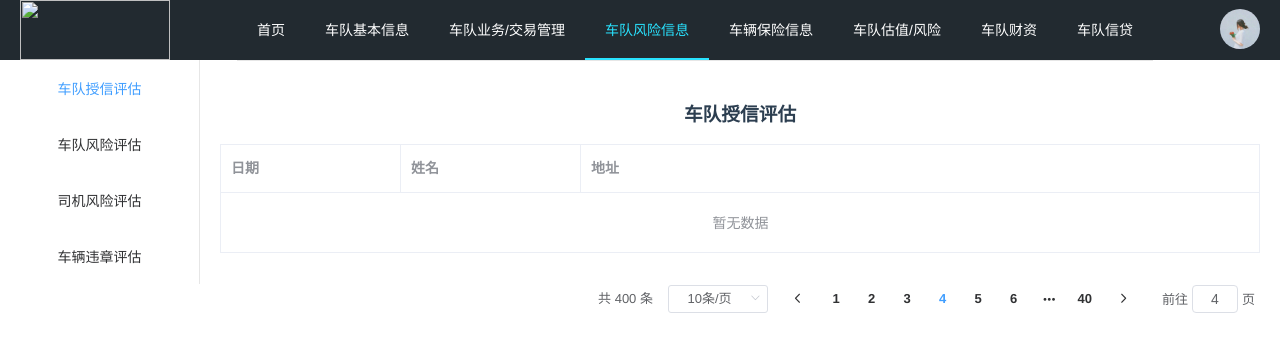
Repository: TheWomanLiketheWind/woodpecker
Page: /
The author's editor kept a copy of each file at every save. The page is drawn from the files as they stood at one save, then again after the next save.
The browser window is 1280 px wide. The pictures show the whole page.
The project was rebuilt for these pictures with package versions that can differ from the ones it lists, and the page was loaded fresh each time. Also part of the build but not shown: src/views/menuThird.vue.

Above is the page before, as saved 2019-07-25 17:58:07.

### public/index.html
<!DOCTYPE html>
<html lang="en">
  <head>
    <meta charset="utf-8">
    <meta http-equiv="X-UA-Compatible" content="IE=edge">
    <meta name="viewport" content="width=device-width,initial-scale=1.0">
    <link rel="icon" href="<%= BASE_URL %>favicon.ico">
    <title>woodpecker</title>
  </head>
  <body>
    <noscript>
      <strong>We're sorry but woodpecker doesn't work properly without JavaScript enabled. Please enable it to continue.</strong>
    </noscript>
    <div id="app"></div>
    <!-- built files will be auto injected -->
  </body>
</html>

### src/App.vue
<template>
  <div id="app">
    <router-view />
  </div>
</template>

<style lang="scss">
#app {
  font-family: "Avenir", Helvetica, Arial, sans-serif;
  -webkit-font-smoothing: antialiased;
  -moz-osx-font-smoothing: grayscale;
  text-align: center;
  color: #2c3e50;
  .el-header {
    display: flex;
    justify-content: space-between;
    align-items: center;
  }
}
#nav {
  padding: 30px;
  a {
    font-weight: bold;
    color: #2c3e50;
    &.router-link-exact-active {
      color: #42b983;
    }
  }
}
body {
  margin: 0;
}
</style>

### src/router.ts
import Vue from 'vue'
import Router from 'vue-router'
import Home from './views/Home.vue'
Vue.use(Router)

export default new Router({
  mode: 'history',
  base: process.env.BASE_URL,
  routes: [
    {
      path: '/',
      name: 'home',
      component: Home,
      children: [
        {
          path: '/',
          name: 'menuSecond',
          children: [
            {
              path: '/',
              name: 'menuThird',
              component: () =>
                import(/* webpackChunkName: "about" */ './views/menuThird.vue')
            }
          ],
          component: () =>
            import(/* webpackChunkName: "about" */ './views/menuSecond.vue')
        }
      ]
    }
  ]
})

### src/views/Home.vue
<template>
  <el-container>
    <el-header class="headerAll">
      <img src=""
           class="headImage">
      <el-menu :default-active="activeIndex"
               class="el-menu-demo"
               mode="horizontal"
               background-color="#222a30"
               text-color="#fff"
               active-text-color="#29e2fe"
               @select="handleSelect">
        <el-menu-item v-for="(item, index) in menuList"
                      :key="index"
                      :index="item.index"
                      v-on:listenToChildEvent="menuClick">{{item.name}}</el-menu-item>
      </el-menu>

      <el-dropdown>
        <img src="../assets/headImage.jpg"
             class="drophead" />
        <el-dropdown-menu slot="dropdown">
          <el-dropdown-item>个人信息</el-dropdown-item>
          <el-dropdown-item>退出</el-dropdown-item>
        </el-dropdown-menu>
      </el-dropdown>
    </el-header>
    <!-- <router-link to="/menuSecond">点击跳转</router-link> -->
    <router-view />
  </el-container>
</template>

<script lang="ts">
import { Component, Vue } from "vue-property-decorator";

@Component({
  components: {}
})
export default class Home extends Vue {
  data() {
    return {
      activeIndex: "4",
      menuList: [
        {
          name: "首页",
          index: "1",
          link: ""
        },
        {
          name: "车队基本信息",
          index: "2",
          link: ""
        },
        {
          name: "车队业务/交易管理",
          index: "3",
          link: ""
        },
        {
          name: "车队风险信息",
          index: "4",
          link: ""
        },
        {
          name: "车辆保险信息",
          index: "5",
          link: ""
        },
        {
          name: "车队估值/风险",
          index: "6",
          link: ""
        },
        {
          name: "车队财资",
          index: "7",
          link: ""
        },
        {
          name: "车队信贷",
          index: "8",
          link: ""
        }
      ]
    };
  }

  private handleSelect(key: any, keyPath: any) {
    console.log(key, keyPath);
  }

  menuClick(data: any) {
    this.$router.push(data);
  }
}
</script>

<style lang="scss">
.headerAll {
  background: #222a30;
  .headImage {
    width: 150px;
    height: 100%;
    border: 0;
  }
  .drophead {
    width: 40px;
    height: 40px;
    border-radius: 50%;
  }
}
</style>

### src/views/menuSecond.vue
<template>
  <el-container>

    <el-aside width="200px">
      <el-menu :default-active="defaultActive"
               class="el-menu-vertical-demo"
               @select="handleSelect">
        <el-menu-item v-for="(item, index) in filesList.navigeList"
                      :key="index"
                      :index="item.index">
          <span slot="title">{{item.name}}</span>
        </el-menu-item>
      </el-menu>
    </el-aside>
    <el-main>
      <h3>{{filesList.navigeList[this.selectIndex].name}}</h3>
      <el-table :data="filesList.navigeList[this.selectIndex].tableData"
                border
                style="width: 100%">
        <el-table-column prop="date"
                         label="日期"
                         width="180">
        </el-table-column>
        <el-table-column prop="name"
                         label="姓名"
                         width="180">
        </el-table-column>
        <el-table-column prop="address"
                         label="地址">
        </el-table-column>
      </el-table>
      <el-pagination @size-change="handleSizeChange"
                     @current-change="handleCurrentChange"
                     :current-page="currentPage4"
                     :page-sizes="[10, 20, 50, 100]"
                     :page-size="10"
                     layout="total, sizes, prev, pager, next, jumper"
                     :total="400">
      </el-pagination>
    </el-main>
  </el-container>

</template>

<script lang="ts">
import Vue from "vue";
import files from "../jsonFile";

export default Vue.extend({
  data() {
    return {
      filesList: files,
      selectIndex: 0,
      defaultActive: "1",
      currentPage4: 4
    };
  },
  methods: {
    handleSelect(key: String) {
      this.selectIndex = Number(key) - 1;
    },
    handleSizeChange(val: Number) {
      console.log(`每页 ${val} 条`);
    },
    handleCurrentChange(val: Number) {
      console.log(`当前页: ${val}`);
    }
  }
});
</script>


<style lang="scss">
.el-pagination {
  margin-top: 30px;
  float: right;
}
</style>

### src/jsonFile.ts
const fileObject = {
  navigeList: [
    {
      name: '车队授信评估',
      index: '1'
    },
    {
      name: '车队风险评估',
      index: '2'
    },
    {
      name: '司机风险评估',
      index: '3',
      tableData: [
        {
          date: '2016-05-02',
          name: '王小虎',
          address: '上海市普陀区金沙江路 1518 弄'
        },
        {
          date: '2016-05-04',
          name: '王小虎',
          address: '上海市普陀区金沙江路 1517 弄'
        },
        {
          date: '2016-05-01',
          name: '王小虎',
          address: '上海市普陀区金沙江路 1519 弄'
        },
        {
          date: '2016-05-03',
          name: '王小虎',
          address: '上海市普陀区金沙江路 1516 弄'
        }
      ]
    },
    {
      name: '车辆违章评估',
      index: '4'
    }
  ]
}

export default fileObject

Loaded but not shown: src/main.ts (common file); src/store.ts (common file)

After the next save:
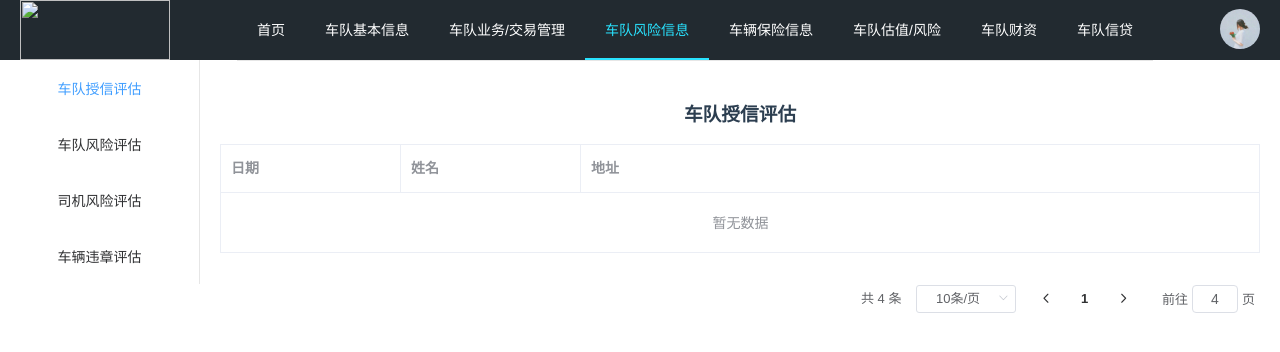
Saved 15 s later.
--- a/src/views/menuSecond.vue
+++ b/src/views/menuSecond.vue
@@ -35,7 +35,7 @@
                      :page-sizes="[10, 20, 50, 100]"
                      :page-size="10"
                      layout="total, sizes, prev, pager, next, jumper"
-                     :total="400">
+                     :total="filesList.navigeList.length">
       </el-pagination>
     </el-main>
   </el-container>
